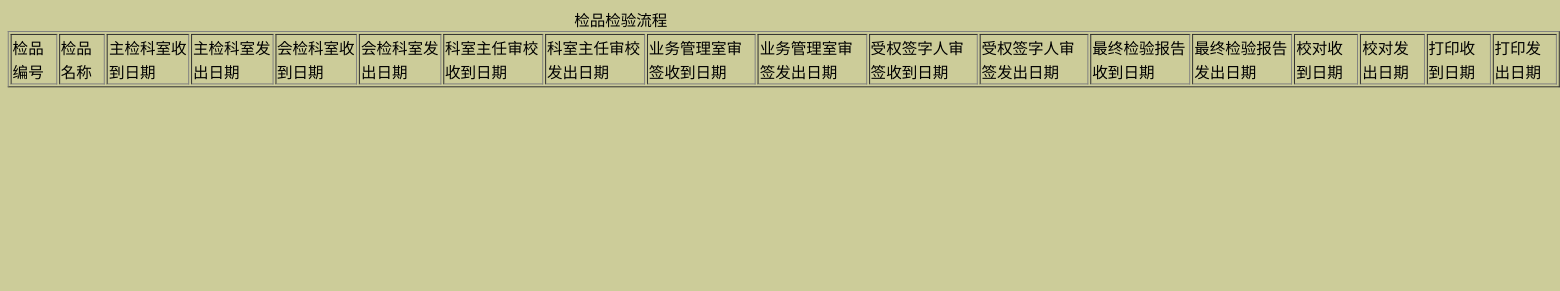
Repository: Shaoxubao/Java
Page: http://localhost/msm/jsp/sample/list_sampleflow.jsp
The author's editor kept a copy of each file at every save. The page is drawn from the files as they stood at one save, then again after the next save.
The browser window is 1280 px wide. The page is 1608 px wide, so the pictures cover 1608 px, including what lies to the right of the window. The pictures show the whole page, at 97% of full size.
The page is served by Tomcat 9. Nobody is signed in. The application's start-up code is not run. The template is opened directly, without the code that normally fills it, so the values that code supplies are empty.

Above is the page before, as saved 2015-06-16 17:12:23.

After the next save:
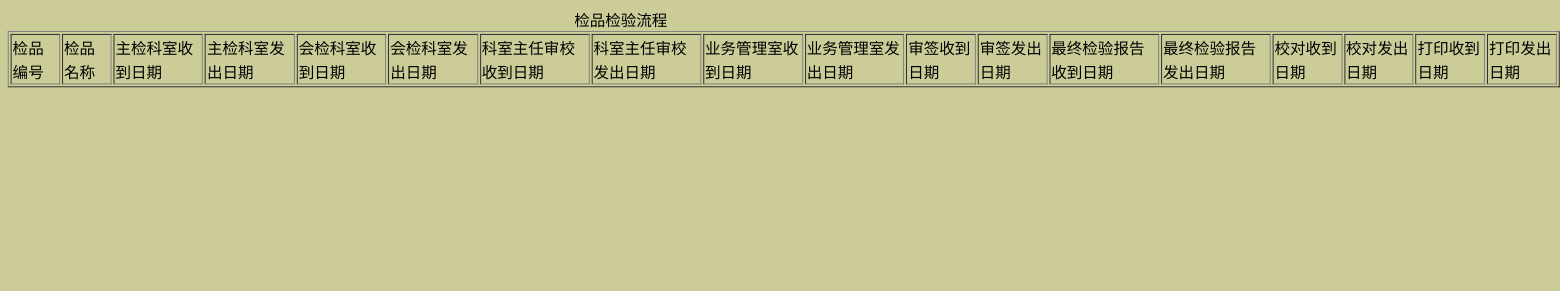
Saved 6 min 35 s later.
--- a/msm/WebContent/jsp/sample/list_sampleflow.jsp
+++ b/msm/WebContent/jsp/sample/list_sampleflow.jsp
@@ -15,8 +15,8 @@
         <td>主检科室收到日期</td><td>主检科室发出日期</td>
         <td>会检科室收到日期</td><td>会检科室发出日期</td>
         <td>科室主任审校收到日期</td><td>科室主任审校发出日期</td>
-        <td>业务管理室审签收到日期</td><td>业务管理室审签发出日期</td>
-        <td>受权签字人审签收到日期</td><td>受权签字人审签发出日期</td>
+        <td>业务管理室收到日期</td><td>业务管理室发出日期</td>
+        <td>审签收到日期</td><td>审签发出日期</td>
         <td>最终检验报告收到日期</td><td>最终检验报告发出日期</td>
         <td>校对收到日期</td><td>校对发出日期</td>
         <td>打印收到日期</td><td> 打印发出日期</td>
